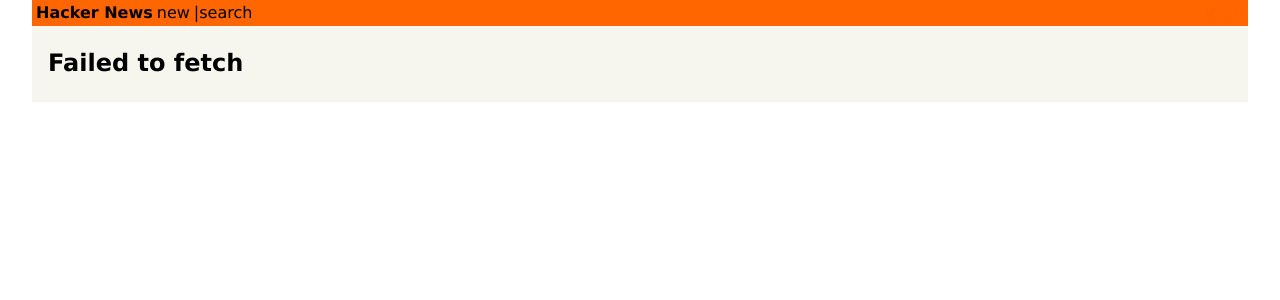
Repository: Demeter-Chronos/hackernews
Page: /
An editor plug-in stored every save of this project. The page is shown before and after a run of saves, followed by the edit.
The browser window is 1280 px wide. The pictures show the whole page.
The project was rebuilt for these pictures with package versions that can differ from the ones it lists, and the page was loaded fresh each time. The framework's server and built-in components were replaced by stand-ins that run in the browser. Also part of the build but not shown: next.config.js, src/components/link.tsx.

Above is the page before, as saved 2022-05-07 10:16:25.

### pages/_app.tsx
import '../src/styles/globals.css';
import 'tachyons';
import type { AppProps } from 'next/app';
import { ApolloProvider } from "@apollo/client";
import { getApolloClient } from "../src/lib/apollo-client";
import Layout from '../src/components/Layout';

const client = getApolloClient();

function MyApp({ Component, pageProps }: AppProps) {
  return (
    <ApolloProvider client={client}>
      <Layout>
        <Component {...pageProps} />
      </Layout>
    </ApolloProvider>
  );
}

export default MyApp

### pages/index.tsx
import type { NextPage } from 'next';
import {
  useQuery,
  gql,
} from '@apollo/client';
import LinkList from '../src/components/linklist';

const Home: NextPage = () => {

  return (
    <div className="ph3 pv1 background-gray">
      <LinkList />
    </div>
  );
}


export default Home

### src/styles/globals.css
body {
    margin: 0;
    padding: 0;
    font-family: Verdana, Geneva, sans-serif;
}

input {
    max-width: 500px;
}

.gray {
    color: #828282;
}

.orange {
    background-color: #ff6600;
}

.background-gray {
    background-color: rgb(246, 246, 239);
}

.f11 {
    font-size: 11px;
}

.w85 {
    width: 85%;
}

.button {
    font-family: monospace;
    font-size: 10pt;
    color: black;
    background-color: buttonface;
    text-align: center;
    padding: 2px 6px 3px;
    border-width: 2px;
    border-style: outset;
    border-color: buttonface;
    cursor: pointer;
    max-width: 250px;
}

### src/lib/apollo-client.tsx
import { ApolloClient, InMemoryCache } from "@apollo/client";

export const getApolloClient = () => {
  return new ApolloClient({
    uri: 'http://localhost:4000',
    cache: new InMemoryCache()
  });
};

### src/components/Layout.tsx
import Head from 'next/head'
import Header from './header';
import styles from '../styles/Home.module.css';

interface LayoutProps {
    children: React.ReactNode
}

export default function Layout({ children }: LayoutProps) {
    return (
        <div className={styles.container}>
            <Head>
                <title>HackerNews</title>
                <meta name="description" content="HackerNews Cloned Website" />
            </Head>
            <Header />
            <main>
                {children}
            </main>
        </div>
    )
}

### src/components/linklist.tsx
import NewLink from "./link";
import { useQuery, gql } from "@apollo/client";


const LINK_QUERY = gql`
{
    feed {
      id
      links {
        id
        createdAt
        url
        description
      }
    }
  }
`;


export default function LinkList() {
    const { loading, error, data } = useQuery(LINK_QUERY);

    return (
        <div>
            {/* {data && (
                <>
                    {data.feed.links.map((link: { id: Key | null | undefined; }) => (
                        <NewLink key={link.id} link={link} />
                    ))}
                </>
            )} */}
            {
                loading ? (
                    <h3>Loading...</h3>
                ) : (
                    error ? (
                        <h2>{error.message}</h2>
                    ) : (
                        data.feed.links.length > 0 ? (
                            data.feed.links.map((link: any, index: any) => {
                                return (
                                    <div key={index}>
                                        <NewLink key={link.id} link={link} />
                                    </div>
                                )
                            })
                        ) : (
                            <h2>No saved articles found</h2>
                        )
                    )
                )
            }
        </div>
    );
};

### src/components/header.tsx
import Link from 'next/link';
import { useRouter } from 'next/router';
import { AUTH_TOKEN } from '../constants';

export default function Header() {
  const router = useRouter();
  const authToken = localStorage.getItem(AUTH_TOKEN);

  return (
    <header>
      <div className="flex pa1 justify-between nowrap orange">
      <div className="flex flex-fixed black">
        <Link href="/" className="no-underline black">
          <div className="fw7 mr1">Hacker News</div>
        </Link>
        <Link to="/" className="ml1 no-underline black">
          new
        </Link>
        <div className="ml1">|</div>
        <Link
          to="/search"
          className="ml1 no-underline black"
        >
          search
        </Link>
        {authToken && (
          <div className="flex">
            <div className="ml1">|</div>
            <Link
              to="/create"
              className="ml1 no-underline black"
            >
              submit
            </Link>
          </div>
        )}
      </div>
      <div className="flex flex-fixed">
        {authToken ? (
          <div
            className="ml1 pointer black"
            onClick={() => {
              localStorage.removeItem(AUTH_TOKEN);
              navigate(`/`);
            }}
          >
            logout
          </div>
        ) : (
          <Link
            to="/login"
            className="ml1 no-underline black"
          >
            login
          </Link>
        )}
      </div>
    </div>
    </header>
  );
};

Loaded but not shown: src/styles/Home.module.css (common file); src/constants.js (common file)

After the next 2 saves:
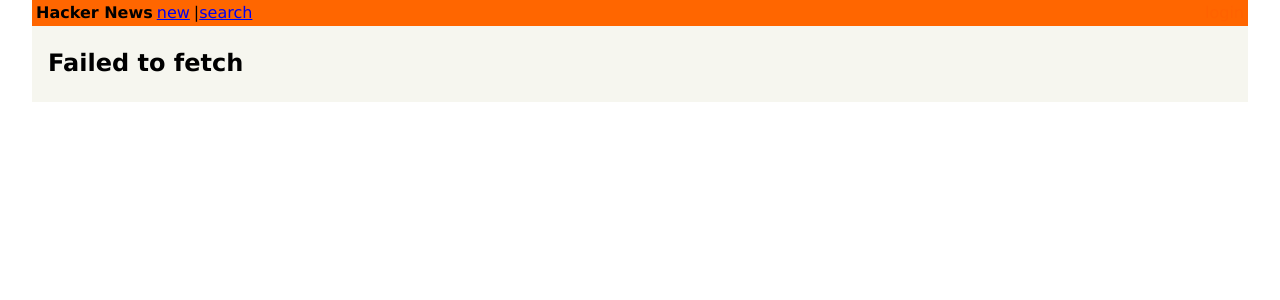
The 2 saves are shown as one change because they came seconds apart.
The last was saved 7 s later.
--- a/src/components/header.tsx
+++ b/src/components/header.tsx
@@ -13,12 +13,12 @@ export default function Header() {
         <Link href="/" className="no-underline black">
           <div className="fw7 mr1">Hacker News</div>
         </Link>
-        <Link to="/" className="ml1 no-underline black">
+        <Link href="/" className="ml1 no-underline black">
           new
         </Link>
         <div className="ml1">|</div>
         <Link
-          to="/search"
+          href="/search"
           className="ml1 no-underline black"
         >
           search
